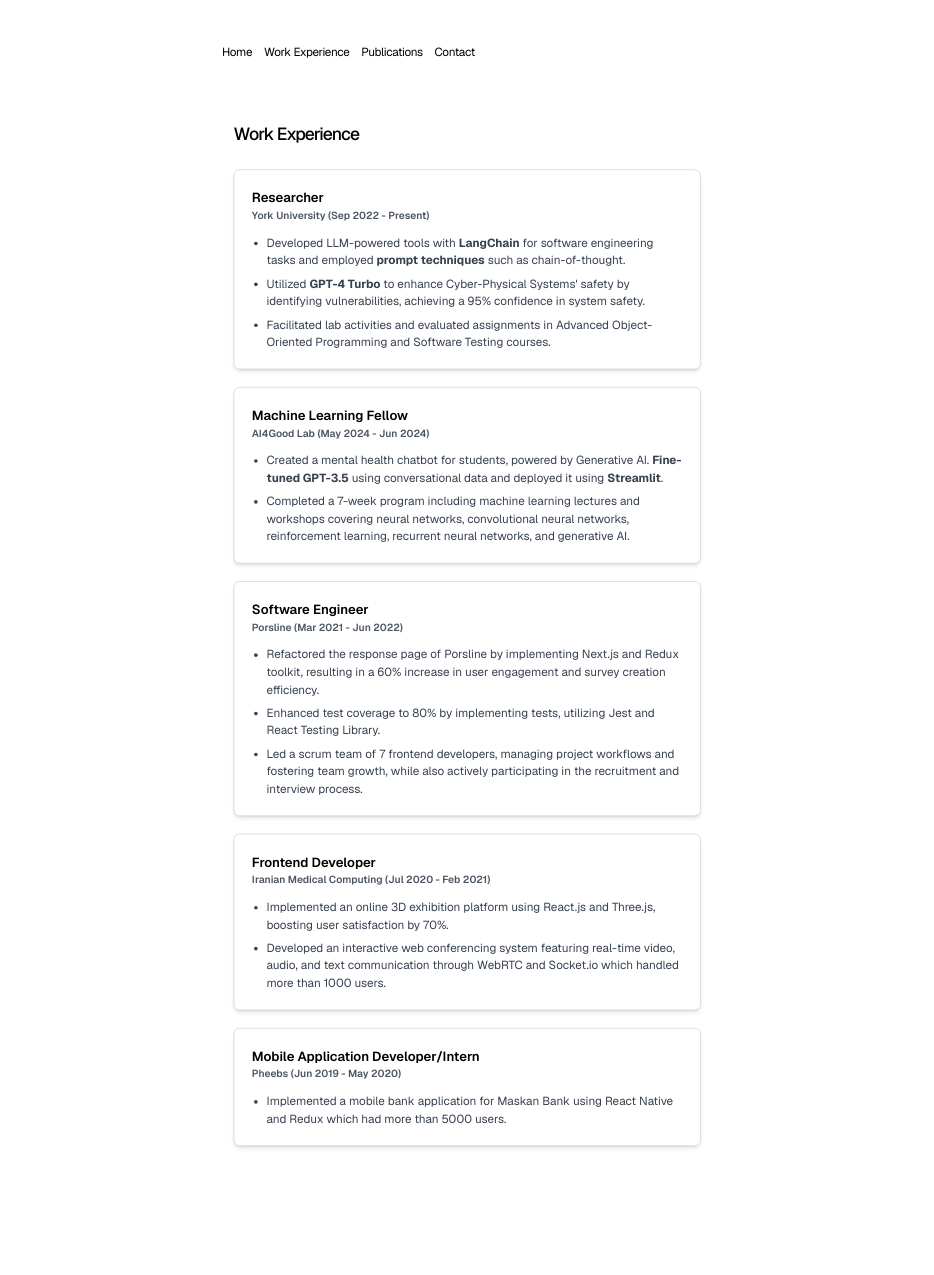
Repository: kimixz/kimixz.github.io
Page: /work
The author's editor kept a copy of each file at every save. The page is drawn from the files as they stood at one save, then again after the next save.
The browser window is 1280 px wide. The pictures show the whole page, at 73% of full size.
The project was rebuilt for these pictures with package versions that can differ from the ones it lists, and the page was loaded fresh each time. Some packages were replaced by stand-ins written for this rebuild. The framework's server and built-in components were replaced by stand-ins that run in the browser. Also part of the build but not shown: next.config.mjs, app/blog/[slug]/sandpack.tsx.

Above is the page before, as saved 2024-07-28 16:56:40.

### app/work/page.tsx
export default function Page() {
  return (
    <section className="max-w-3xl mx-auto p-4">
      <h1 className="font-medium text-2xl mb-8 tracking-tighter">Work Experience</h1>

      <div className="space-y-6">
        <div className="p-6 border border-gray-300 dark:border-gray-700 rounded-lg bg-white dark:bg-gray-900 shadow-md">
          <h2 className="font-semibold text-lg mb-4">
            <span className="block">Researcher</span>
            <span className="block text-sm text-gray-600 dark:text-gray-400">York University (Sep 2022 - Present)</span>
          </h2>
          <ul className="list-disc ml-5 text-gray-700 dark:text-gray-300 space-y-2">
            <li>Developed LLM-powered tools with <strong>LangChain</strong> for software engineering tasks and employed <strong>prompt techniques</strong> such as chain-of-thought.</li>
            <li>Utilized <strong>GPT-4 Turbo</strong> to enhance Cyber-Physical Systems' safety by identifying vulnerabilities, achieving a 95% confidence in system safety.</li>
            <li>Facilitated lab activities and evaluated assignments in Advanced Object-Oriented Programming and Software Testing courses.</li>
          </ul>
        </div>
        <div className="p-6 border border-gray-300 dark:border-gray-700 rounded-lg bg-white dark:bg-gray-900 shadow-md">
          <h2 className="font-semibold text-lg mb-4">
            <span className="block">Machine Learning Fellow</span>
            <span className="block text-sm text-gray-600 dark:text-gray-400">AI4Good Lab (May 2024 - Jun 2024)</span>
          </h2>
          <ul className="list-disc ml-5 text-gray-700 dark:text-gray-300 space-y-2">
            <li>Created a mental health chatbot for students, powered by Generative AI. <strong>Fine-tuned GPT-3.5</strong> using conversational data and deployed it using <strong>Streamlit</strong>.</li>
            <li>Completed a 7-week program including machine learning lectures and workshops covering neural networks, convolutional neural networks, reinforcement learning, recurrent neural networks, and generative AI.</li>
          </ul>
        </div>
        <div className="p-6 border border-gray-300 dark:border-gray-700 rounded-lg bg-white dark:bg-gray-900 shadow-md">
          <h2 className="font-semibold text-lg mb-4">
            <span className="block">Software Engineer</span>
            <span className="block text-sm text-gray-600 dark:text-gray-400">Porsline (Mar 2021 - Jun 2022)</span>
          </h2>
          <ul className="list-disc ml-5 text-gray-700 dark:text-gray-300 space-y-2">
            <li>Refactored the response page of Porsline by implementing Next.js and Redux toolkit, resulting in a 60% increase in user engagement and survey creation efficiency.</li>
            <li>Enhanced test coverage to 80% by implementing tests, utilizing Jest and React Testing Library.</li>
            <li>Led a scrum team of 7 frontend developers, managing project workflows and fostering team growth, while also actively participating in the recruitment and interview process.</li>
          </ul>
        </div>
        <div className="p-6 border border-gray-300 dark:border-gray-700 rounded-lg bg-white dark:bg-gray-900 shadow-md">
          <h2 className="font-semibold text-lg mb-4">
            <span className="block">Frontend Developer</span>
            <span className="block text-sm text-gray-600 dark:text-gray-400">Iranian Medical Computing (Jul 2020 - Feb 2021)</span>
          </h2>
          <ul className="list-disc ml-5 text-gray-700 dark:text-gray-300 space-y-2">
            <li>Implemented an online 3D exhibition platform using React.js and Three.js, boosting user satisfaction by 70%.</li>
            <li>Developed an interactive web conferencing system featuring real-time video, audio, and text communication through WebRTC and Socket.io which handled more than 1000 users.</li>
          </ul>
        </div>
        <div className="p-6 border border-gray-300 dark:border-gray-700 rounded-lg bg-white dark:bg-gray-900 shadow-md">
          <h2 className="font-semibold text-lg mb-4">
            <span className="block">Mobile Application Developer/Intern</span>
            <span className="block text-sm text-gray-600 dark:text-gray-400">Pheebs (Jun 2019 - May 2020)</span>
          </h2>
          <ul className="list-disc ml-5 text-gray-700 dark:text-gray-300 space-y-2">
            <li>Implemented a mobile bank application for Maskan Bank using React Native and Redux which had more than 5000 users.</li>
          </ul>
        </div>
      </div>
    </section>
  );
}

### app/global.css
@tailwind base;
@tailwind components;
@tailwind utilities;

::selection {
  background-color: #47a3f3;
  color: #fefefe;
}

:root {
  --sh-class: #2d5e9d;
  --sh-identifier: #354150;
  --sh-sign: #8996a3;
  --sh-string: #007f7a;
  --sh-keyword: #e02518;
  --sh-comment: #a19595;
  --sh-jsxliterals: #6266d1;
  --sh-property: #e25a1c;
  --sh-entity: #e25a1c;
}

@media (prefers-color-scheme: dark) {
  :root {
    --sh-class: #4c97f8;
    --sh-identifier: white;
    --sh-keyword: #f47067;
    --sh-string: #0fa295;
  }
  html {
    color-scheme: dark;
  }
}

html {
  min-width: 360px;
}

.prose .anchor {
  @apply absolute invisible no-underline;

  margin-left: -1em;
  padding-right: 0.5em;
  width: 80%;
  max-width: 700px;
  cursor: pointer;
}

.anchor:hover {
  @apply visible;
}

.prose a {
  @apply transition-all decoration-neutral-400 dark:decoration-neutral-600 underline-offset-2 decoration-[0.1em];
}

.prose .anchor:after {
  @apply text-neutral-300 dark:text-neutral-700;
  content: '#';
}

.prose *:hover > .anchor {
  @apply visible;
}

.prose pre {
  @apply bg-neutral-50 dark:bg-neutral-900 rounded-lg overflow-x-auto border border-neutral-200 dark:border-neutral-900;
}

.prose code {
  @apply px-1 py-0.5 rounded-lg;
}

.prose pre code {
  @apply p-0;
  border: initial;
  line-height: 1.5;
}

.prose code span {
  @apply font-medium;
}

.prose img {
  /* Don't apply styles to next/image */
  @apply m-0;
}

.prose h2,
h3,
h4 {
  @apply font-medium tracking-tighter !important;
}

.prose strong {
  @apply font-medium;
}

.prose > :first-child {
  /* Override removing top margin, causing layout shift */
  margin-top: 1.25em !important;
  margin-bottom: 1.25em !important;
}

pre::-webkit-scrollbar {
  display: none;
}

pre {
  -ms-overflow-style: none; /* IE and Edge */
  scrollbar-width: none; /* Firefox */
}

/* Remove Safari input shadow on mobile */
input[type='text'],
input[type='email'] {
  -webkit-appearance: none;
  -moz-appearance: none;
  appearance: none;
}

.prose .tweet a {
  text-decoration: inherit;
  font-weight: 500;
}

table {
  display: block;
  max-width: fit-content;
  overflow-x: auto;
  white-space: nowrap;
}

.prose .callout > p {
  margin: 0 !important;
}

.title {
  text-wrap: balance;
}

### app/components/nav.tsx
import Link from 'next/link';

const navItems = {
  '/': {
    name: 'Home',
  },
  '/work': {
    name: 'Work Experience',
  },
  '/publications': {
    name: 'Publications',
  },
  '/contact': {
    name: 'Contact',
  },
};

export function Navbar() {
  return (
    <aside className="-ml-[8px] mb-16 tracking-tight">
      <div className="lg:sticky lg:top-20">
        <nav
          className="flex flex-row items-start relative px-0 pb-0 fade md:overflow-auto scroll-pr-6 md:relative"
          id="nav"
        >
          <div className="flex flex-row space-x-0 pr-10">
            {Object.entries(navItems).map(([path, { name }]) => {
              return (
                <Link
                  key={path}
                  href={path}
                  className="transition-all hover:text-neutral-800 dark:hover:text-neutral-200 flex align-middle relative py-1 px-2"
                >
                  {name}
                </Link>
              );
            })}
          </div>
        </nav>
      </div>
    </aside>
  );
}

Loaded but not shown: app/layout.tsx (common file); tailwind.config.ts (common file)

After the next save:
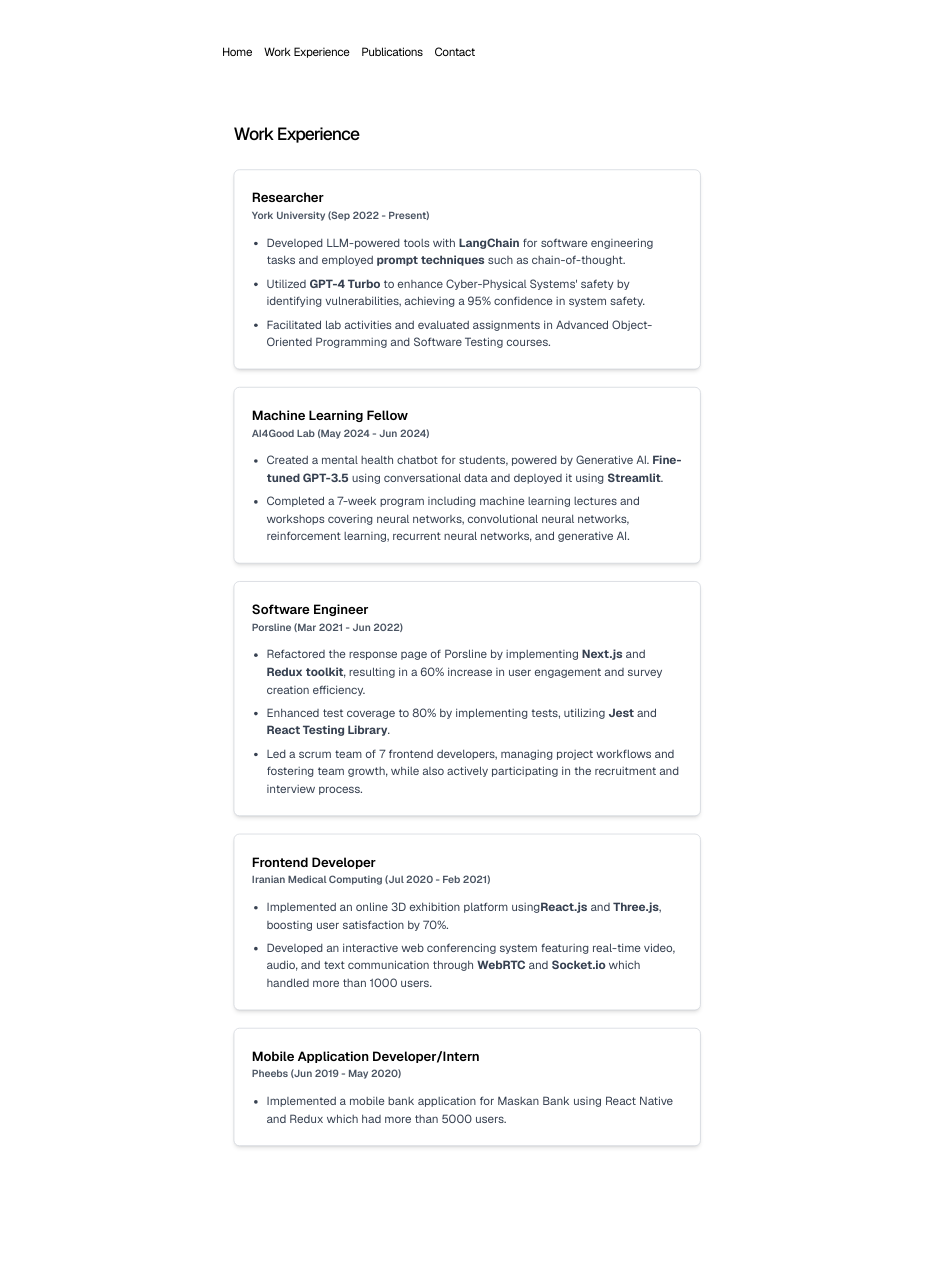
Saved 76 s later.
--- a/app/work/page.tsx
+++ b/app/work/page.tsx
@@ -31,8 +31,8 @@ export default function Page() {
             <span className="block text-sm text-gray-600 dark:text-gray-400">Porsline (Mar 2021 - Jun 2022)</span>
           </h2>
           <ul className="list-disc ml-5 text-gray-700 dark:text-gray-300 space-y-2">
-            <li>Refactored the response page of Porsline by implementing Next.js and Redux toolkit, resulting in a 60% increase in user engagement and survey creation efficiency.</li>
-            <li>Enhanced test coverage to 80% by implementing tests, utilizing Jest and React Testing Library.</li>
+            <li>Refactored the response page of Porsline by implementing <strong>Next.js</strong> and <strong>Redux toolkit</strong>, resulting in a 60% increase in user engagement and survey creation efficiency.</li>
+            <li>Enhanced test coverage to 80% by implementing tests, utilizing <strong>Jest</strong> and <strong>React Testing Library</strong>.</li>
             <li>Led a scrum team of 7 frontend developers, managing project workflows and fostering team growth, while also actively participating in the recruitment and interview process.</li>
           </ul>
         </div>
@@ -42,8 +42,8 @@ export default function Page() {
             <span className="block text-sm text-gray-600 dark:text-gray-400">Iranian Medical Computing (Jul 2020 - Feb 2021)</span>
           </h2>
           <ul className="list-disc ml-5 text-gray-700 dark:text-gray-300 space-y-2">
-            <li>Implemented an online 3D exhibition platform using React.js and Three.js, boosting user satisfaction by 70%.</li>
-            <li>Developed an interactive web conferencing system featuring real-time video, audio, and text communication through WebRTC and Socket.io which handled more than 1000 users.</li>
+            <li>Implemented an online 3D exhibition platform using<strong>React.js</strong> and <strong>Three.js</strong>, boosting user satisfaction by 70%.</li>
+            <li>Developed an interactive web conferencing system featuring real-time video, audio, and text communication through <strong>WebRTC</strong> and <strong>Socket.io</strong> which handled more than 1000 users.</li>
           </ul>
         </div>
         <div className="p-6 border border-gray-300 dark:border-gray-700 rounded-lg bg-white dark:bg-gray-900 shadow-md">
